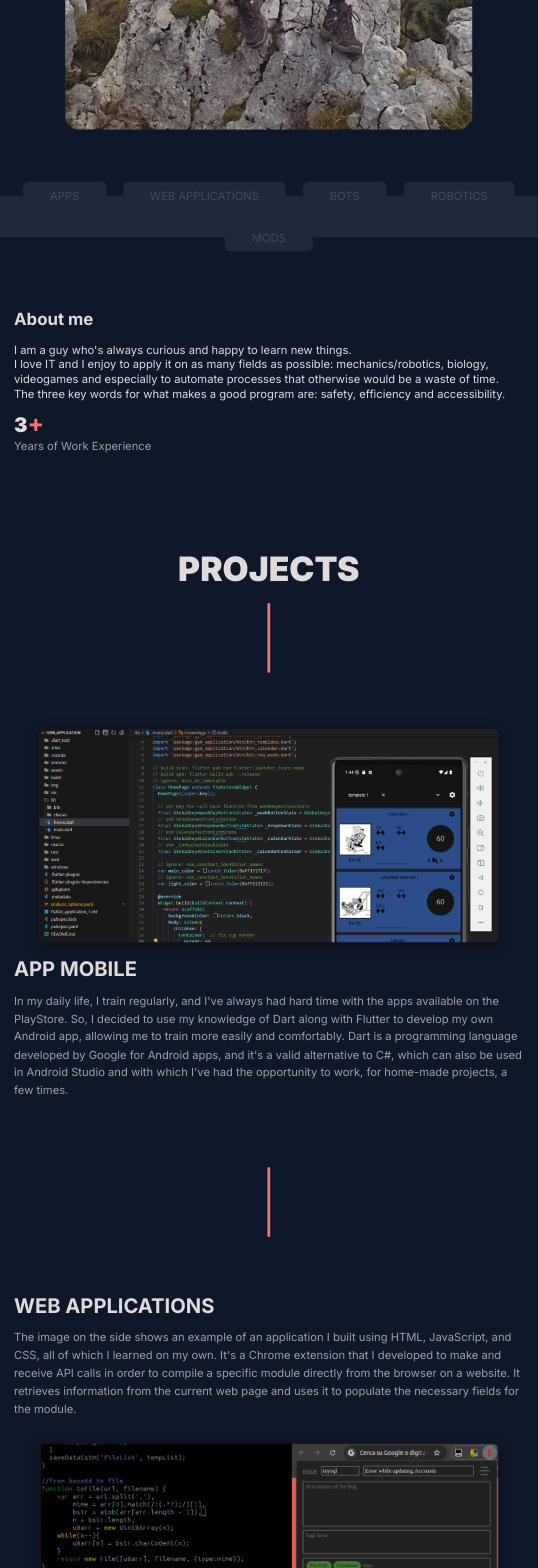
Repository: EnricoCalabrese/EnricoCalabrese.github.io
Page: index.html
The author's editor kept a copy of each file at every save. The page is drawn from the files as they stood at one save, then again after the next save.
The browser window is 768 px wide. The pictures show the part of the page from y = 1035 to 3275 px (the page is 6204 px tall before and 6144 px after), at 70% of full size.

Above is the page before, as saved 2025-07-26 09:13:20.

### index.html
<!DOCTYPE html>
<html lang="en">
<!DOCTYPE html>
<html lang="en">
<head>
  <meta charset="UTF-8" />
  <meta name="viewport" content="width=device-width, initial-scale=1.0" />
  <title>EC - Developer portfolio</title>
  <link href="https://fonts.googleapis.com/css2?family=Inter:wght@400;700;900&display=swap" rel="stylesheet">
  <style>
    * {
      box-sizing: border-box;
    }

    :root {
      --color-bg: #0f172a;
      --color-bg-alt: #1e293b;
      --color-primary: #f87171;
      --color-white: #dfdbdb;
      --color-white-transparent: rgba(255, 255, 255, 0.158);
      --color-white-semi: rgba(255, 255, 255, 0.589);

      --font-family: 'Inter', sans-serif;

      --space-xs: 10px;
      --space-sm: 15px;
      --space-md: 20px;
      --space-lg: 60px;
      --space-xl: 80px;

      --font-lg: 1.8rem;
      --font-xl: 3rem;
      --font-xxl: 35px;

      --radius-sm: 6px;
      --radius-md: 8px;
      --radius-lg: 20px;
    }

    body {
      margin: 0;
      font-family: var(--font-family);
      background-color: var(--color-bg);
      color: var(--color-white);
      word-wrap: break-word;
    }

    header, section {
      padding: var(--space-lg) var(--space-md);
      max-width: 1200px;
      margin: auto;
    }

    nav {
      display: flex;
      justify-content: space-between;
      align-items: center;
      padding: var(--space-md);
    }

    nav a {
      color: var(--color-white);
      margin: 0 var(--space-sm);
      text-decoration: none;
    }

    .header {
      display: flex;
      flex-wrap: wrap;
      align-items: center;
      justify-content: space-between;
    }

    .header-text {
      max-width: 500px;
    }

    .header-text h1 {
      font-size: var(--font-xl);
      margin: 0;
    }

    .buttons {
      margin-top: var(--space-md);
    }

    .buttons button {
      margin-right: var(--space-sm);
      padding: var(--space-xs) var(--space-md);
      border: none;
      border-radius: var(--radius-sm);
      cursor: pointer;
      font-weight: bold;
    }

    .btn-primary {
      background-color: var(--color-primary);
      color: var(--color-white);
    }

    .btn-primary:hover {
      color: var(--color-bg);
    }

    .btn-secondary {
      background-color: transparent;
      border: 2px solid var(--color-primary) !important;
      color: var(--color-white);
    }

    .btn-secondary:hover {
      color: var(--color-primary);
    }

    .page {
      display: none;
      position: fixed;
      z-index: 1000;
      left: 0;
      top: 0;
      width: 100%;
      height: 100%;
      overflow: auto;
      background-color: rgba(15, 23, 42, 0.9);
      font-family: var(--font-family);
    }

    .page-content {
      background-color: var(--color-bg-alt);
      margin: 10% auto;
      padding: var(--space-md);
      border-radius: var(--radius-lg);
      max-width: 400px;
      color: var(--color-white);
      box-shadow: 0 5px 20px rgba(0,0,0,0.6);
      text-align: center;
      position: relative;
    }

    .close-btn {
      color: var(--color-white);
      position: absolute;
      right: 15px;
      top: 10px;
      font-size: 28px;
      font-weight: bold;
      cursor: pointer;
    }

    .close-btn:hover {
      color: var(--color-primary);
    }

    .email-wrapper {
      margin-top: var(--space-md);
      display: flex;
      justify-content: center;
      gap: var(--space-xs);
    }

    .email-wrapper input {
      flex: 1;
      padding: var(--space-xs);
      border-radius: var(--radius-sm);
      border: none;
      background-color: var(--color-bg);
      color: var(--color-white);
      font-weight: bold;
      font-size: 1rem;
    }

    .email-wrapper button {
      background-color: var(--color-primary);
      border: none;
      border-radius: var(--radius-sm);
      color: var(--color-bg);
      cursor: pointer;
      font-weight: bold;
      padding: var(--space-xs) var(--space-md);
      transition: background-color 0.3s ease;
    }

    .email-wrapper button:hover {
      background-color: #ef4444;
    }

    .profile-img {
      width: 300px;
      border-radius: var(--radius-lg);
    }

    .skills-wrapper {
      position: relative;
      padding: var(--space-lg) 0;
      background-color: var(--color-bg);
      margin-top: -3.5rem;
    }

    .skills-wrapper::before {
      content: "";
      position: absolute;
      top: 50%;
      width: 100%;
      height: 60px;
      background-color: var(--color-bg-alt);
      transform: translateY(-50%);
      z-index: 0;
    }

    .skills {
      position: relative;
      z-index: 1;
      text-align: center;
    }

    .skills a {
      text-decoration: none;
      color: var(--color-white-transparent);
      background-color: var(--color-bg-alt);
      padding: var(--space-xs) 5%;
      border-radius: var(--radius-md);
      display: inline-block;
      margin: var(--space-xs);
      cursor: pointer;
      transition: color 0.3s ease;
    }

    .skills a:hover, .shortcuts a:hover {
      color: var(--color-primary);
    }

    .about {
      display: flex;
      flex-wrap: wrap;
      justify-content: space-between;
      align-items: center;
      padding: 0 var(--space-md);
      background-color: var(--color-bg);
      margin-top: -1%;
    }

    .about-text {
      flex: 0 0 50%;
      max-width: 600px;
    }

    .stat {
      flex: 0 0 50%;
    }

    .stat-number {
      font-size: var(--font-lg);
      font-weight: 900;
      color: var(--color-white);
      display: flex;
      align-items: baseline;
    }

    .stat-number .plus {
      color: var(--color-primary);
      font-size: var(--font-xxl);
      font-weight: 700;
      line-height: 1;
      margin-top: -2%;
    }

    .stat-text {
      color: var(--color-white-semi);
      margin-top: 2px;
    }

    .projects-section {
      padding: var(--space-xl) var(--space-md);
      text-align: center;
      position: relative;
    }

    .projects-title {
      font-size: var(--font-xl);
      color: var(--color-white);
      margin-bottom: var(--space-md);
      font-weight: 900;
    }

    .vertical-divider {
      width: 4px;
      height: 100px;
      background-color: var(--color-primary);
      margin: 0 auto var(--space-xl);
      border-radius: 2px;
    }

    .project-block {
      display: flex;
      align-items: center;
      justify-content: center;
      margin: var(--space-xl) auto;
      max-width: 900px;
      gap: var(--space-md);
      flex-wrap: wrap;
      flex-direction: row;
    }

    .project-img {
      width: 300px;
      border-radius: var(--radius-md);
      box-shadow: 0 5px 20px rgba(0,0,0,0.4);
    }

    .project-description {
      max-width: 400px;
      text-align: left;
    }

    .project-description h3 {
      font-size: var(--font-lg);
      color: var(--color-white);
      margin: 0 0 var(--space-xs);
    }

    .project-description p {
      color: var(--color-white-semi);
      line-height: 1.6;
    }

    .simple-text {
      line-height: 1.3;
    }

    footer {
      text-align: center;
      padding: var(--space-md);
      background-color: var(--color-bg-alt);
    }

    #image-container {
      display: block;
      position: fixed;
      z-index: 1500;
      left: 0;
      top: 0;
      width: 100%;
      height: 100%;
      background-color: rgba(15, 23, 42, 0.95);
      display: flex;
      justify-content: center;
      align-items: center;
      cursor: zoom-out;
    }

    #image-container .page-content {
      background: none;
      box-shadow: none;
      max-width: 90%;
      max-height: 90%;
      padding: 0;
      position: relative;
      display: flex;
      justify-content: center;
      align-items: center;
    }

    #image-container img {
      max-width: 100%;
      max-height: 100%;
      border-radius: var(--radius-lg);
      pointer-events: none;
    }

    #ref {
      display: block;
      position: relative;
      top: -80px;
      visibility: hidden;
      height: 0;
      width: 0;
      overflow: hidden;
    }

    /* mobile settings */
    @media (max-width: 768px) {
      nav {
        flex-direction: column;
        align-items: flex-start;
      }

      .header {
        flex-direction: column;
        align-items: center;
        text-align: center;
      }

      .header-text {
        max-width: 100%;
      }

      .buttons {
        display: flex;
        flex-direction: column;
        align-items: center;
      }

      .buttons button {
        margin-bottom: var(--space-xs);
        width: 80%;
      }

      .profile-img {
        width: 80%;
        margin-top: var(--space-md);
      }

      .about {
        flex-direction: column;
        align-items: flex-start;
        gap: var(--space-md);
      }

      .about-text, .stat {
        flex: 1 1 100%;
        max-width: 100%;
      }

      .project-block {
        flex-direction: column !important;
        text-align: center;
      }

      .project-description {
        max-width: 100%;
      }

      .project-img {
        width: 90%;
      }

      .email-wrapper {
        flex-direction: column;
        gap: var(--space-xs);
      }

      .email-wrapper input,
      .email-wrapper button {
        width: 100%;
      }

      .skills {
        position: relative;
        z-index: 1;
        text-align: center;
      }

      .skills a {
        text-decoration: none;
        color: var(--color-white-transparent);
        background-color: var(--color-bg-alt);
        padding: var(--space-xs) 5%;
        border-radius: var(--radius-md);
        display: inline-block;
        margin: var(--space-xs);
        cursor: pointer;
        transition: color 0.3s ease;
      }
    }
  </style>
</head>
<body>
  <nav>
    <div><strong>Enrico Calabrese</strong></div>
    <div class="shortcuts">
      <a href="#about" class="scroll-link">About</a>
      <a href="https://www.linkedin.com/in/enrico-calabrese-4961b4376/">Linkedin</a>
    </div>
  </nav>

  <header class="header">
    <div class="header-text">
      <p>Hello,</p>
      <h1>I'm Enrico<br><strong>Software Developer</strong></h1>
      <div class="buttons">
        <button class="btn-primary" id="contacts">Contacts</button>
        <button class="btn-secondary" id="myresume">My resume</button>
      </div>
    </div>
    <img src="source/profile.jpg" alt="photo" class="profile-img" onerror="this.style.display='none'">
  </header>

  <div id="contact-page" class="page">
    <div class="page-content">
      <span class="close-btn">&times;</span>
      <h2>Contact Me</h2>
      <p>Email:</p>
      <div class="email-wrapper">
        <input type="text" id="email" readonly value="enricocalabrese21@gmail.com" />
        <button id="copy-email">Copy</button>
      </div>
      <p id="copy-message" style="color: var(--color-primary); display: none;">Copied to clipboard!</p>
    </div>
  </div>

  <div class="skills-wrapper">
    <div class="skills">
      <a href="#app" class="scroll-link">APPS</a>
      <a href="#web" class="scroll-link">WEB APPLICATIONS</a>
      <a href="#bots" class="scroll-link">BOTS</a>
      <a href="#robots" class="scroll-link">ROBOTICS</a>
      <a href="#mods" class="scroll-link">MODS</a>
    </div>
  </div>
  <span id="ref"></span>

  <section id="about" class="about">
    <div class="about-text">
      <h2>About me</h2>
      <p class="simple-text">
        I am a guy who's always curious and happy to learn new things.<br>
        I love IT and I enjoy to apply it on as many fields as possible: mechanics/robotics, biology, videogames and especially to automate processes that otherwise would be a waste of time.<br>
        The three key words for what makes a good program are: safety, efficiency and accessibility.
      </p>
      <div class="stat">
        <div class="stat-number"><span class="plus">+</span></div>
        <p class="stat-text">Years of Work Experience</p>
      </div>
    </div>
  </section>

  <section class="projects-section">
    <h2 class="projects-title">PROJECTS</h2>
    <div class="vertical-divider"></div>

    <div class="project-block">
      <img src="source/project1.png" alt="Project 1" class="project-img" onerror="this.style.display='none'">
      <div class="project-description" id="app">
        <h3>APP MOBILE</h3>
        <p>In my daily life, I train regularly, and I've always had hard time with the apps available on the PlayStore.
          So, I decided to use my knowledge of Dart along with Flutter to develop my own Android app, allowing me to train more easily and comfortably.
            Dart is a programming language developed by Google for Android apps, and it's a valid alternative to C#, which can also be used in Android Studio
            and with which I've had the opportunity to work, for home-made projects, a few times.</p>
      </div>
    </div>
    <div class="vertical-divider"></div>

    <div class="project-block">
      <div class="project-description" id="web">
        <h3>WEB APPLICATIONS</h3>
        <p>The image on the side shows an example of an application I built using HTML, JavaScript, and CSS, all of which I learned on my own.
          It's a Chrome extension that I developed to make and receive API calls in order to compile a specific module directly from the browser on a website.
          It retrieves information from the current web page and uses it to populate the necessary fields for the module.</p>
      </div>
      <img src="source/project2.png" alt="Project 2" class="project-img" onerror="this.style.display='none'">
    </div>
    <div class="vertical-divider"></div>

    <div class="project-block">
      <img src="source/project3.png" alt="Project 3" class="project-img" onerror="this.style.display='none'">
      <div class="project-description" id="bots">
        <h3>PYTHON-BASED BOTS</h3>
        <p>Python is one of the best and most versatile programming languages available today, and it's excellent for creating bots.
          The image on the side shows a Discord bot I created. Discord is a free communication app used to chat and hang out with your favorite creators, communities, and friends.
            The bot I made to allows users, through simple commands in the chat, to play the game "Blood on the Clocktower" with others in a voice channel.
            This game is a more complex version of the famous game Werewolf (Italian: Lupus in Fabula).
            Using Python, I also created a Telegram bot in order to remotely manage a machine that I set up as a hosting server.
        </p>
      </div>
    </div>
    <div class="vertical-divider"></div>

    <div class="project-block">
      <div class="project-description" id="robots">
        <h3>ROBOTICS & AUTOMATION</h3>
        <p>Since high school, I've always had an interest in automation, and I find it super fun to animate robots and apply computer science to something that can moves.
          A few years ago, I took on the challenge of building a drone from scratch and programming it in C++. I developed calculation functions which, thanks to the input from various sensors,
          were able to determine the necessary speed for each individual motor to stabilize the drone through the appropriate output signals.
        </p>
      </div>
      <img src="source/project4.png" alt="Project 4" class="project-img" onerror="this.style.display='none'">
    </div>
    <div class="vertical-divider"></div>

    <div class="project-block">
      <img src="source/project5.png" alt="Project 5" class="project-img" onerror="this.style.display='none'">
      <div class="project-description" id="mods">
        <h3>VIDEOGAMES MODS</h3>
        <p>Programming a video game mod is a great way to develop both technical and creative skills. It allows you to improve your coding abilities, and understand the architecture of complex systems.
            Modding combines passion and practice, which is why I started programming, first with Java and later with .mcfunction, to create mods and datapacks for the game Minecraft.
        </p>
      </div>
    </div>
  </section>

  <div id="image-container" class="page">
    <div class="page-content">
      <img id="zoomed-img" src="" alt="zoomed" />
    </div>
  </div>

  <footer>
  </footer>

  <script>
    // manage image zoom
    const zoomed = document.getElementById('image-container');
    document.querySelectorAll('.project-img').forEach(img => {
      img.addEventListener('click', () => {
        document.getElementById('zoomed-img').src = img.src;
        zoomed.style.display = 'flex';
      });
    });

    zoomed.addEventListener('click', (e) => { // on click out of the page
      if (e.target === zoomed) {
        zoomed.style.display = 'none';
      }
    });

    window.onload = () => {
      zoomed.style.display = 'none';
    };

    // manage new window contacts
    const page = document.getElementById('contact-page');
    const emailInput = document.getElementById('email');
    const copyMessage = document.getElementById('copy-message');

    document.getElementById('contacts').addEventListener('click', () => {
      page.style.display = 'block';
      copyMessage.style.display = 'none';
    });

    page.querySelector('.close-btn').addEventListener('click', () => {
      page.style.display = 'none';
    });

    window.addEventListener('click', (e) => { // on click out of the page
      if (e.target === page) {
        page.style.display = 'none';
      }
    });

    document.getElementById('copy-email').addEventListener('click', () => {
      emailInput.select();
      emailInput.setSelectionRange(0, 99999);
      try {
        // use document.execCommand for broader browser support in iFrames
        const successful = document.execCommand('copy');
        if (successful) {
          copyMessage.style.display = 'block';
          setTimeout(() => copyMessage.style.display = 'none', 2000);
        }
      } catch (err) {
        console.error('Failed to copy email: ', err);
      }
    });

    // auto scroll the page to the top when open
    window.onbeforeunload = function () {
      window.scrollTo(0, 0);
    };

    // scroll page on center when click a link, normal href set the page on top
    document.querySelectorAll('.scroll-link').forEach(link => {
      link.addEventListener('click', function(e) {
        e.preventDefault();
        const targetId = this.getAttribute('href').substring(1);
        const targetElem = document.getElementById(targetId);
        if (targetElem) {
          const elemRect = targetElem.getBoundingClientRect();
          const maxElemTop = window.pageYOffset + elemRect.top;
          const middle = maxElemTop - (window.innerHeight / 2) + (elemRect.height / 2);

          window.scrollTo({
            top: middle,
            behavior: 'smooth'
          });
        }
      });
    });

    // setup experience years based on current year
    const statNum = document.querySelector('.stat-number');
    if (statNum) {
      const startDate = new Date('2021-09-27');
      const now = new Date();
      const diffYears = (now - startDate) / (1000 * 60 * 60 * 24 * 365.25);
      const roundedYears = Math.floor(diffYears);
      statNum.innerHTML = `${roundedYears}<span class="plus">+</span>`;
    }

    // link to resume when click "my resume" button
    document.getElementById('myresume').addEventListener('click', function () {
      const link = document.createElement('a');
      link.href = 'source/resume.pdf';
      link.download = 'Enrico-Calabrese-Resume.pdf';
      document.body.appendChild(link);
      link.click();
      document.body.removeChild(link);
    });
  </script>
</body>
</html>

After the next save:
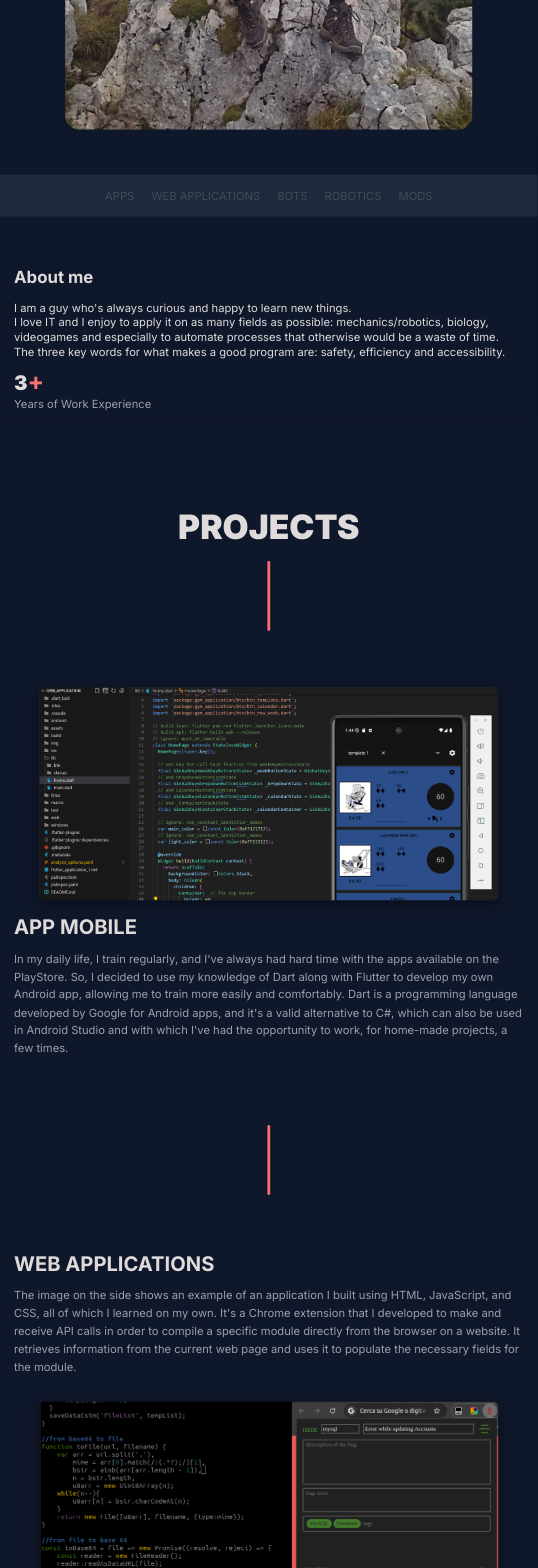
Saved 10 s later.
--- a/index.html
+++ b/index.html
@@ -454,7 +454,7 @@
         text-decoration: none;
         color: var(--color-white-transparent);
         background-color: var(--color-bg-alt);
-        padding: var(--space-xs) 5%;
+        padding: var(--space-xs) 0;
         border-radius: var(--radius-md);
         display: inline-block;
         margin: var(--space-xs);
